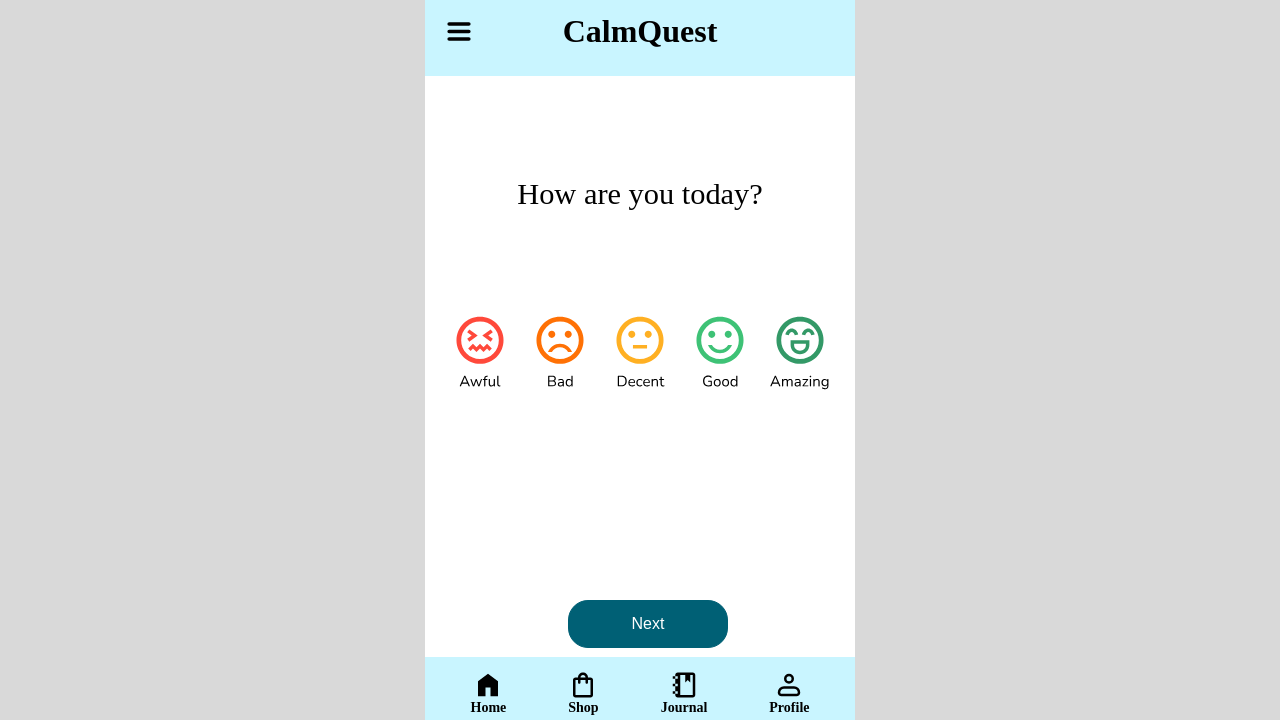
Repository: Michelle2317/CalmQuest
Page: /ParentQuiz
The author's editor kept a copy of each file at every save. The page is drawn from the files as they stood at one save, then again after the next save.
The browser window is 1280 px wide. The pictures show the whole page.
The project was rebuilt for these pictures with package versions that can differ from the ones it lists, and the page was loaded fresh each time. The framework's server and built-in components were replaced by stand-ins that run in the browser. Also part of the build but not shown: next.config.mjs.

Above is the page before, as saved 2024-04-11 02:16:11.

After the next save:
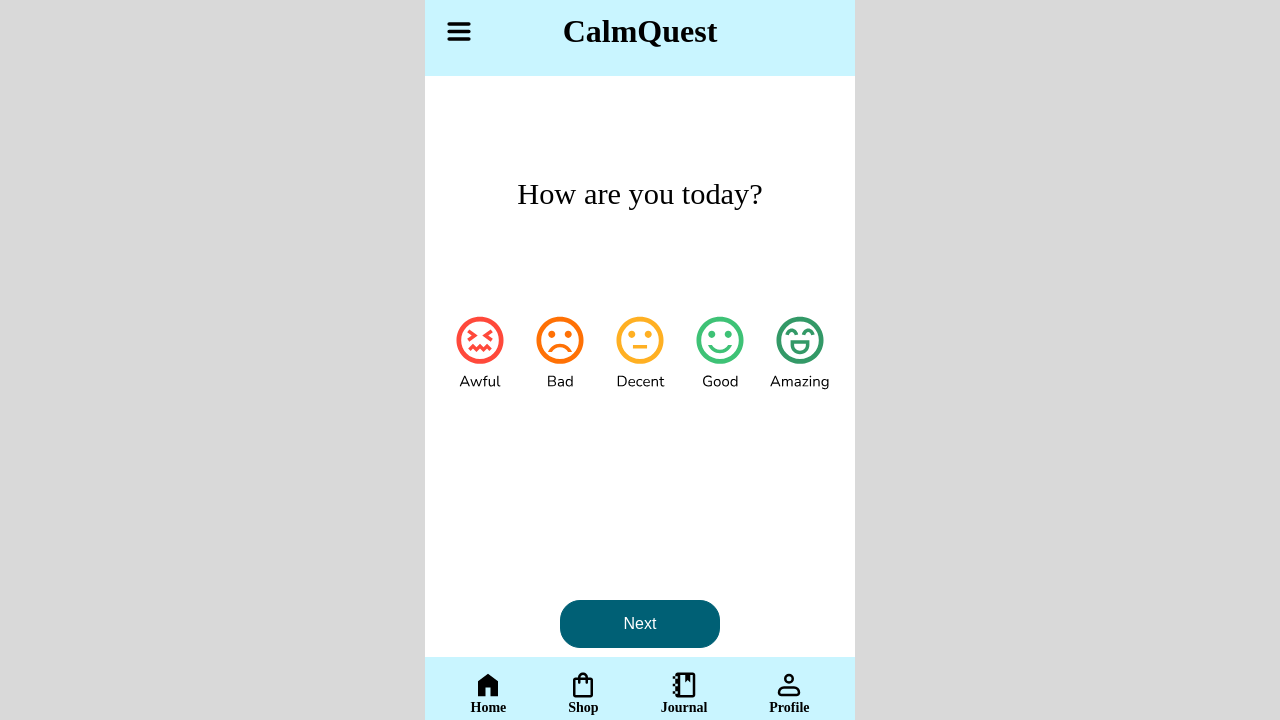
Saved 9 s later.
--- a/styles/Home.module.css
+++ b/styles/Home.module.css
@@ -187,7 +187,7 @@
 	justify-content: center;
 	align-items: center;
 	display: inline-flex;
-	margin-left: 1rem;
+	margin-left: rem;
 	margin-top: 3rem;
 }
 
